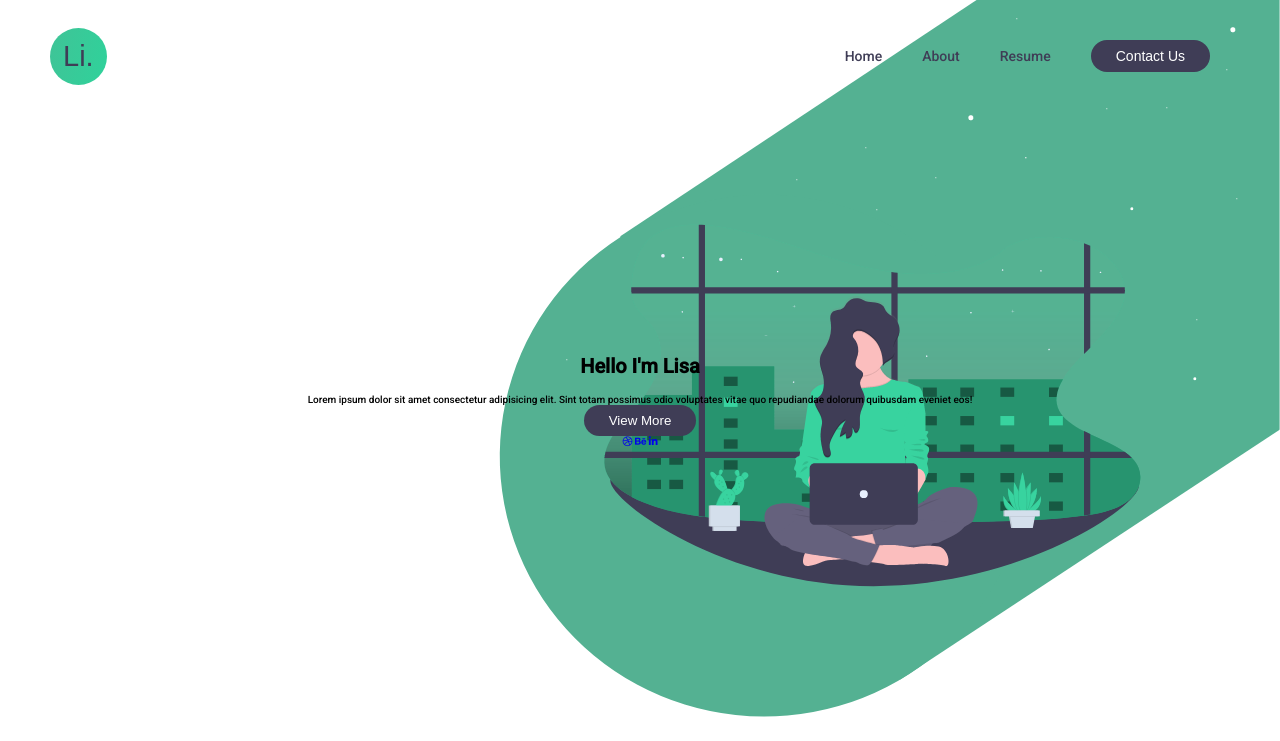
Repository: kebinh1235/porfolio-demo
Page: index.html
An editor plug-in stored every save of this project. The page is shown before and after the next save, followed by the edit.
The browser window is 1280 px wide. The pictures show the whole page.
Some web libraries are served in a nearby version.

Above is the page before, as saved 2021-10-20 15:43:38.

After the next save:
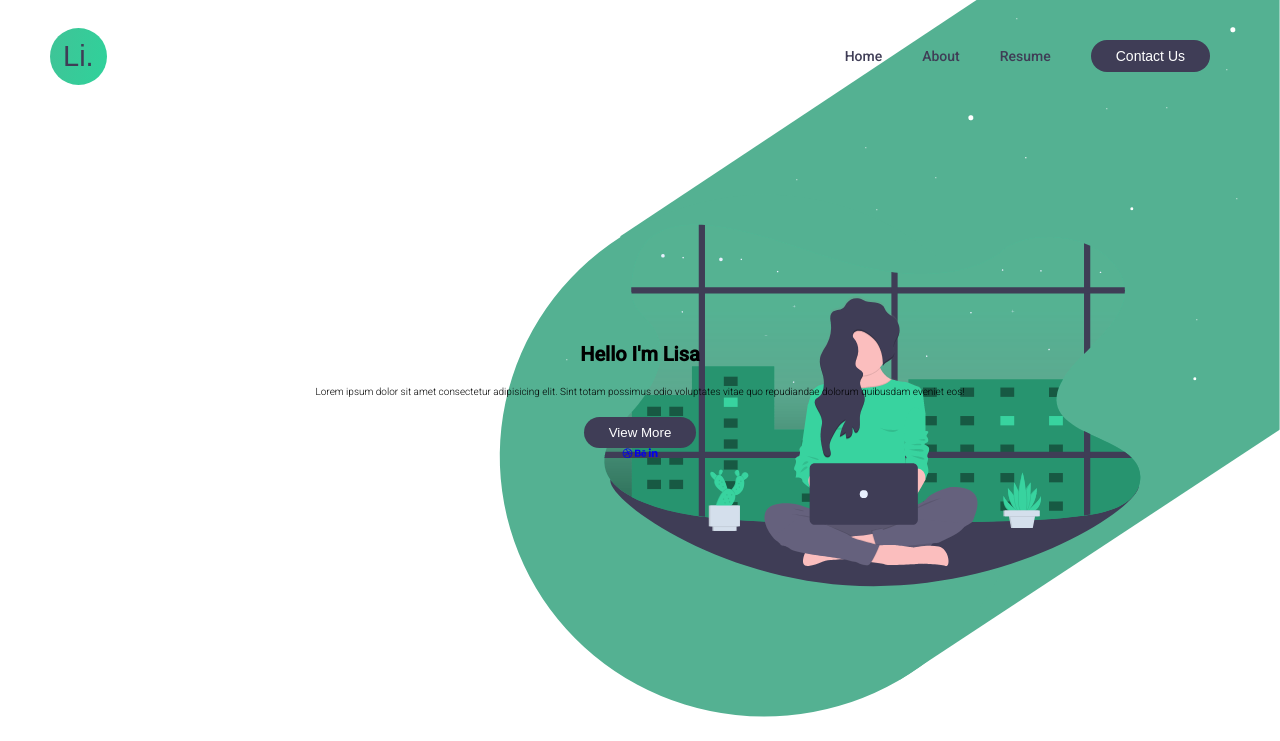
Saved 42 s later.
--- a/css/style.css
+++ b/css/style.css
@@ -164,6 +164,11 @@ header {
   padding-top: 4em;
   margin-bottom: .8em;
 }
+.banner__heading p {
+  font-weight: 300;
+  line-height: 2em;
+  margin-bottom: 1.5em;
+}
 
 @media screen and (min-width: 992px) {
   .navbar__list {
